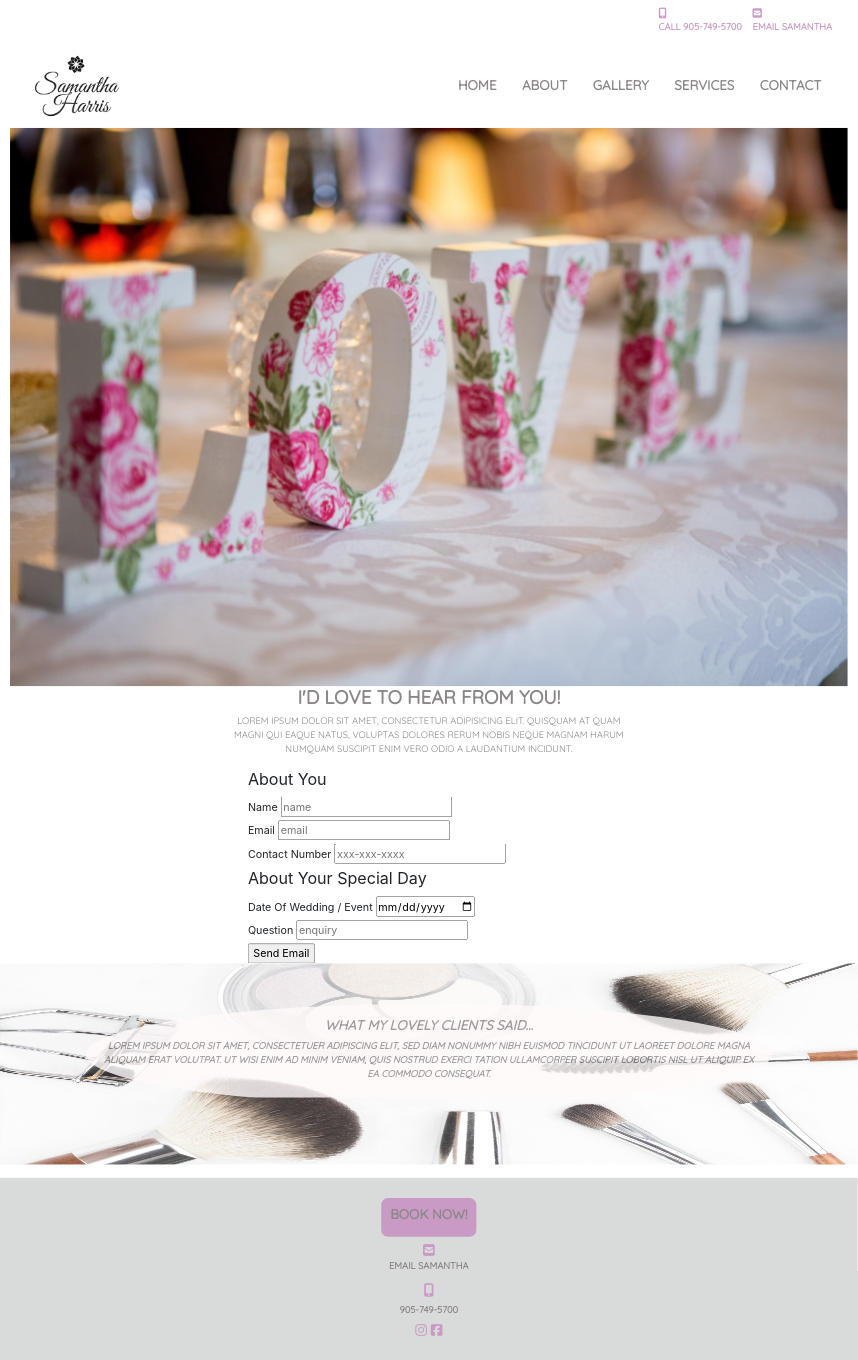
Repository: JayneyNix/milestone-1-UCFD
Page: contact.html
The author's editor kept a record of every edit. The page is drawn from the files as they stood at one moment, then again after the next edit.
The browser window is 1280 px wide. The pictures show the whole page, at 67% of full size.
Some web libraries are served in a nearby version.

Above is the page before.

After the next edit:
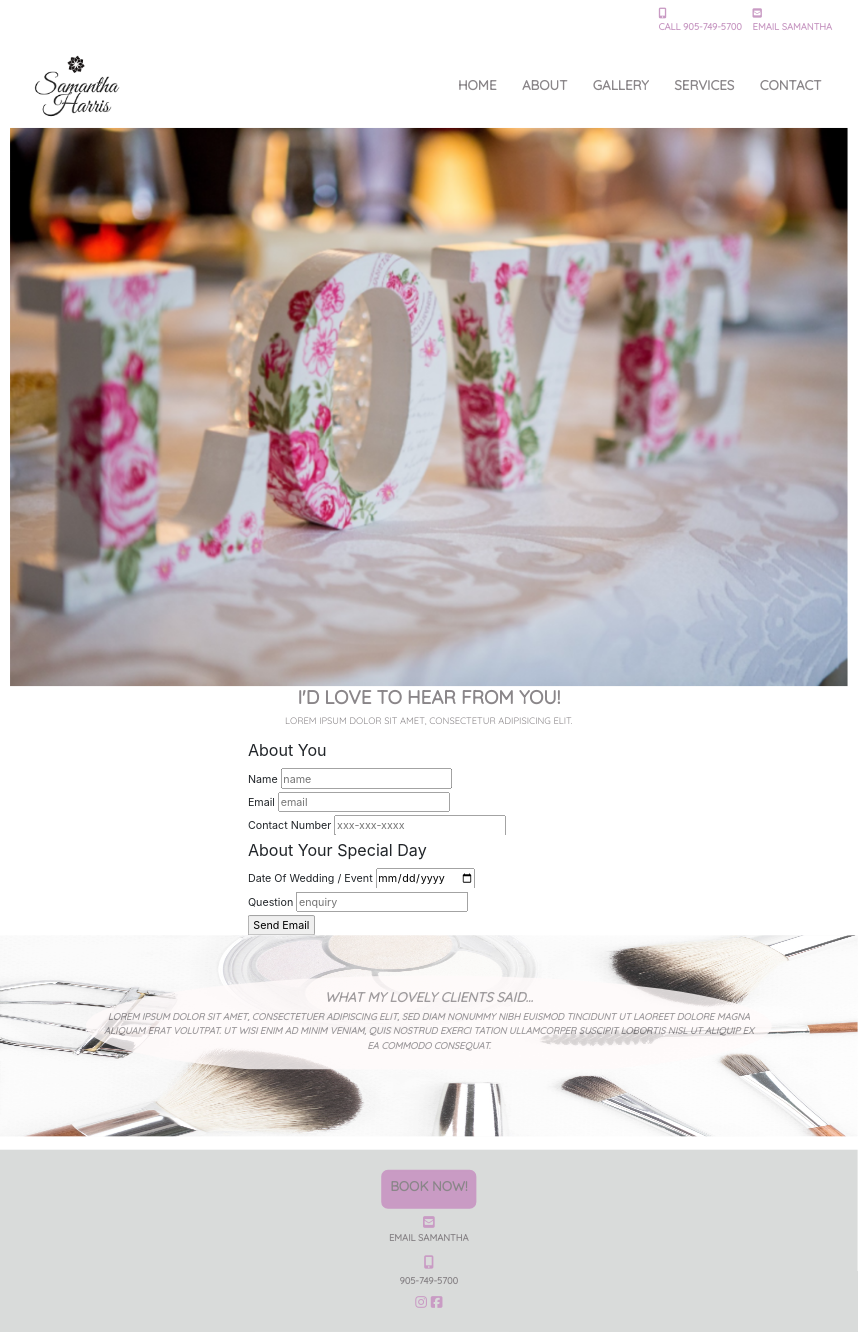
The edit:
--- a/contact.html
+++ b/contact.html
@@ -76,7 +76,7 @@
         <div class="row justify-content-center">
             <div class="col-sm-6 home-main-intro">
                 <h1 class="h1 headings">I'd love to hear from you!</h1>
-                <p class="p headings">Lorem ipsum dolor sit amet, consectetur adipisicing elit. Quisquam at quam magni qui eaque natus, voluptas dolores rerum nobis neque magnam harum numquam suscipit enim vero odio a laudantium incidunt.</p>
+                <p class="p headings">Lorem ipsum dolor sit amet, consectetur adipisicing elit.
             </div>
         </div>
     </div>
